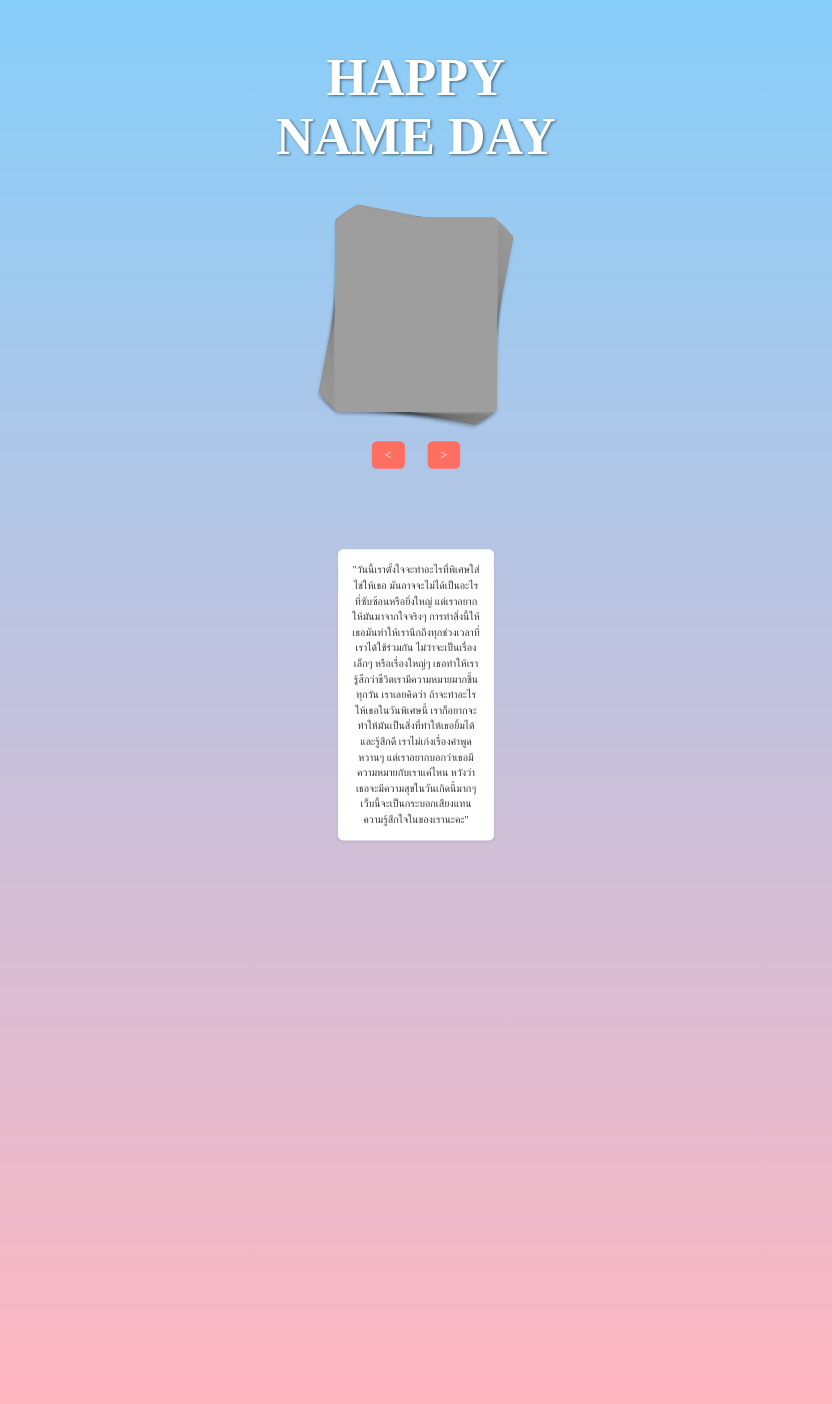
Repository: naps00/BIRTHDAY
Page: /details
These files come from the project's save history. The page is drawn as it stood at one moment and after a run of saves; the edit follows.
The browser window is 1280 px wide. The pictures show the whole page, at 65% of full size.
Pictures or frames that could not be fetched are drawn as grey boxes. The project was rebuilt for these pictures with package versions that can differ from the ones it lists, and the page was loaded fresh each time.

Above is the page before, as saved 2024-12-12 19:59:40.

After the next 2 saves:
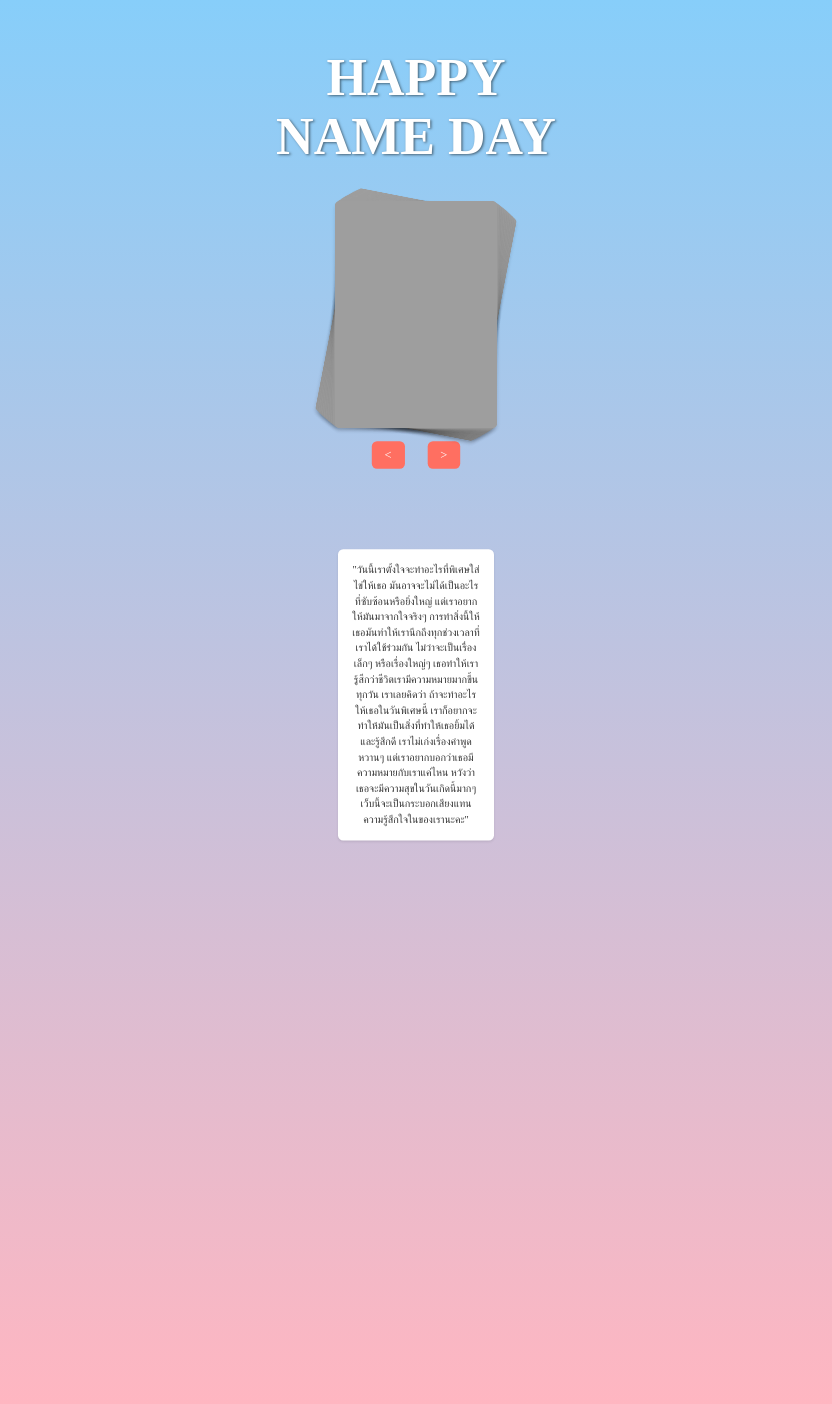
The 2 saves are shown as one change because they came seconds apart.
The last was saved 8 s later.
--- a/src/details.js
+++ b/src/details.js
@@ -61,7 +61,7 @@ function Details() {
                 transform: `translate(-50%, -50%) rotate(${rotation}deg)`,
                 marginTop: `${offset}px`,
                 width: '250px',
-                height: '300px',
+                height: '350px',
                 borderRadius: '8px',
                 boxShadow: '0 4px 6px rgba(0, 0, 0, 0.1)',
               }}
